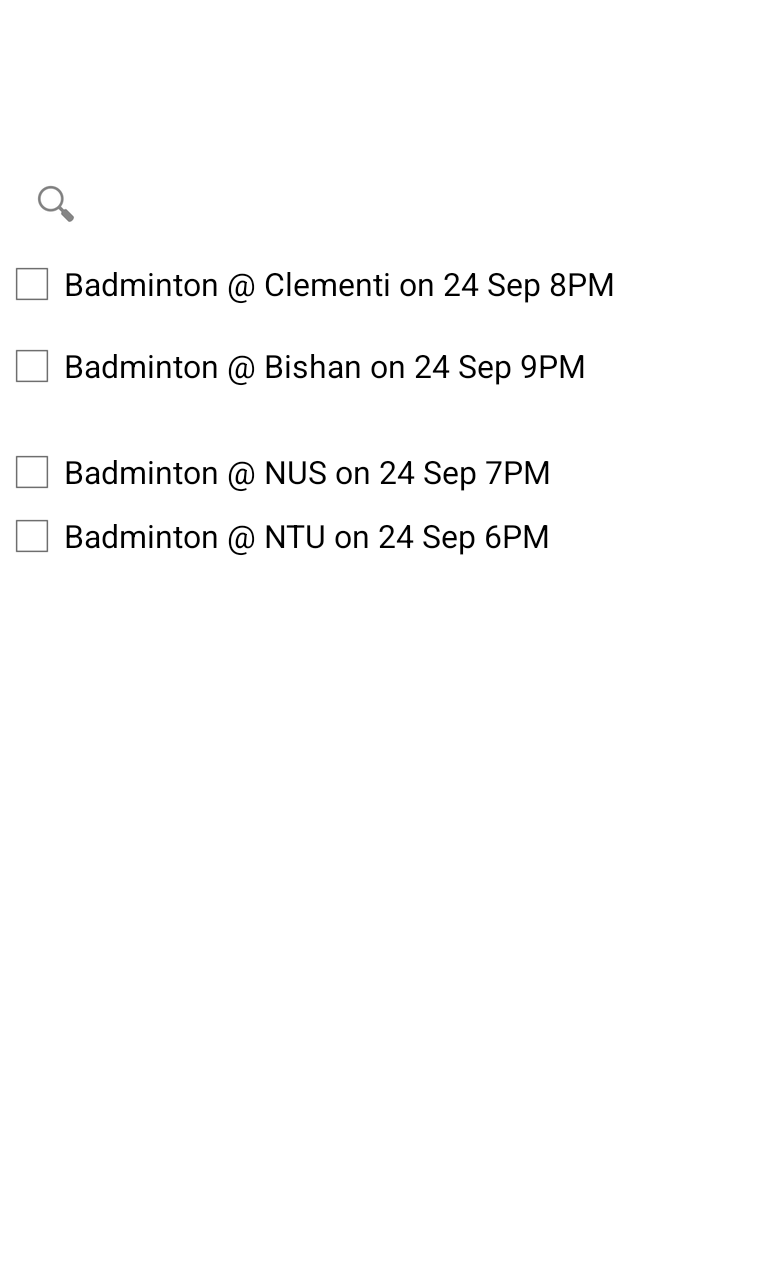
Repository: srikraj8341/srikanthrepo
Layout: android/MyFirstApp/res/layout/activity_games.xml
An editor plug-in stored every save of this project. The layout is shown before and after the next save, followed by the edit.
It is drawn on a 768 x 1280 px phone screen (xhdpi) without system bars, with theme AppTheme; the app's code is not run.

Above is the layout before, as saved 2012-09-23 02:00:58.

### android/MyFirstApp/res/layout/activity_games.xml
<RelativeLayout xmlns:android="http://schemas.android.com/apk/res/android"
    xmlns:tools="http://schemas.android.com/tools"
    android:layout_width="match_parent"
    android:layout_height="match_parent" >

    <SearchView
        android:id="@+id/searchView1"
        android:layout_width="wrap_content"
        android:layout_height="wrap_content"
        android:layout_alignParentTop="true"
        android:layout_marginTop="78dp" >
    </SearchView>

    <TabWidget
        android:id="@android:id/tabs"
        android:layout_width="wrap_content"
        android:layout_height="wrap_content"
        android:layout_below="@+id/searchView1"
        android:layout_marginTop="41dp"
        android:layout_toRightOf="@+id/searchView1" >
    </TabWidget>

    <CheckBox
        android:id="@+id/checkBox1"
        android:layout_width="wrap_content"
        android:layout_height="wrap_content"
        android:layout_below="@+id/searchView1"
        android:text="@string/Badminton1"
        android:onClick="onCheckboxClicked" />

    <CheckBox
        android:id="@+id/checkBox2"
        android:layout_width="wrap_content"
        android:layout_height="wrap_content"
        android:layout_alignParentLeft="true"
        android:layout_below="@android:id/tabs"
        android:text="@string/Badminton2"
        android:onClick="onCheckboxClicked"/>

    <CheckBox
        android:id="@+id/checkBox3"
        android:layout_width="wrap_content"
        android:layout_height="wrap_content"
        android:layout_below="@+id/checkBox2"
        android:layout_marginTop="21dp"
        android:text="@string/Badminton3"
        android:onClick="onCheckboxClicked" />

    <CheckBox
        android:id="@+id/checkBox4"
        android:layout_width="wrap_content"
        android:layout_height="wrap_content"
        android:layout_alignRight="@+id/checkBox3"
        android:layout_below="@+id/checkBox3"
        android:text="@string/Badminton4"
        android:onClick="onCheckboxClicked" />

</RelativeLayout>

### android/MyFirstApp/res/values/strings.xml
<resources>

    <string name="app_name">Play Finder</string>
    <string name="hello_world">Hello world!</string>
    <string name="menu_settings">Settings</string>
    <string name="title_activity_main">Play Finder</string>
    <string name="edit_message">Enter a message</string>
    <string name="button_send">send</string>
    <string name="title_activity_display_message">My Message</string>
    <string name="Email">Email</string>
    <string name="textEmailAddress">user@domain</string>
    <string name="Password">Password</string>
    <string name="Register">Register</string>
    <string name="Submit">Submit</string>
    <string name="Passwordsymbol">........</string>
    <string name="Name">Name</string>
    <string name="Age">Age : dd/mm/yyyy</string>
    <string name="Phone">(555) 1000</string>
    <string name="Male">Male</string>
    <string name="Female">Female</string>
    <string name="Save">Save</string>
    <string name="title_activity_login">Play Finder</string>
    <string name="title_activity_profile">Play Finder</string>
    <string name="title_activity_initiate">Play Finder</string>
    <string name="title_activity_games">Play Finder</string>
    <string name="Activity">Activity e.g Badminton</string>
    <string name="Location">Location e.g MPSH</string>
    <string name="Date">Date,Time</string>
    <string name="Profecieny_prompt">Profeciency</string>
    <string name="InititateNow">Initiate Now!</string>
    <string name="Badminton1">Badminton @ Clementi on 24 Sep 8PM</string>
    <string name="Badminton2">Badminton @ Bishan on 24 Sep 9PM</string>
    <string name="Badminton3">Badminton @ NUS on 24 Sep 7PM</string>
    <string name="Badminton4">Badminton @ NTU on 24 Sep 6PM</string>
    <string name="SubmitGame">Let\'s Play</string>


    <string-array name = "Profeciency_array">
         <item>Profeciency</item>
         <item>Beginner</item>
         <item>Intermediate</item>
         <item>Professional</item>
    </string-array>


</resources>

Loaded but not shown: android/MyFirstApp/res/values-v11/styles.xml (common file); android/MyFirstApp/res/values-v14/styles.xml (common file); android/MyFirstApp/res/values/styles.xml (common file)

After the next save:
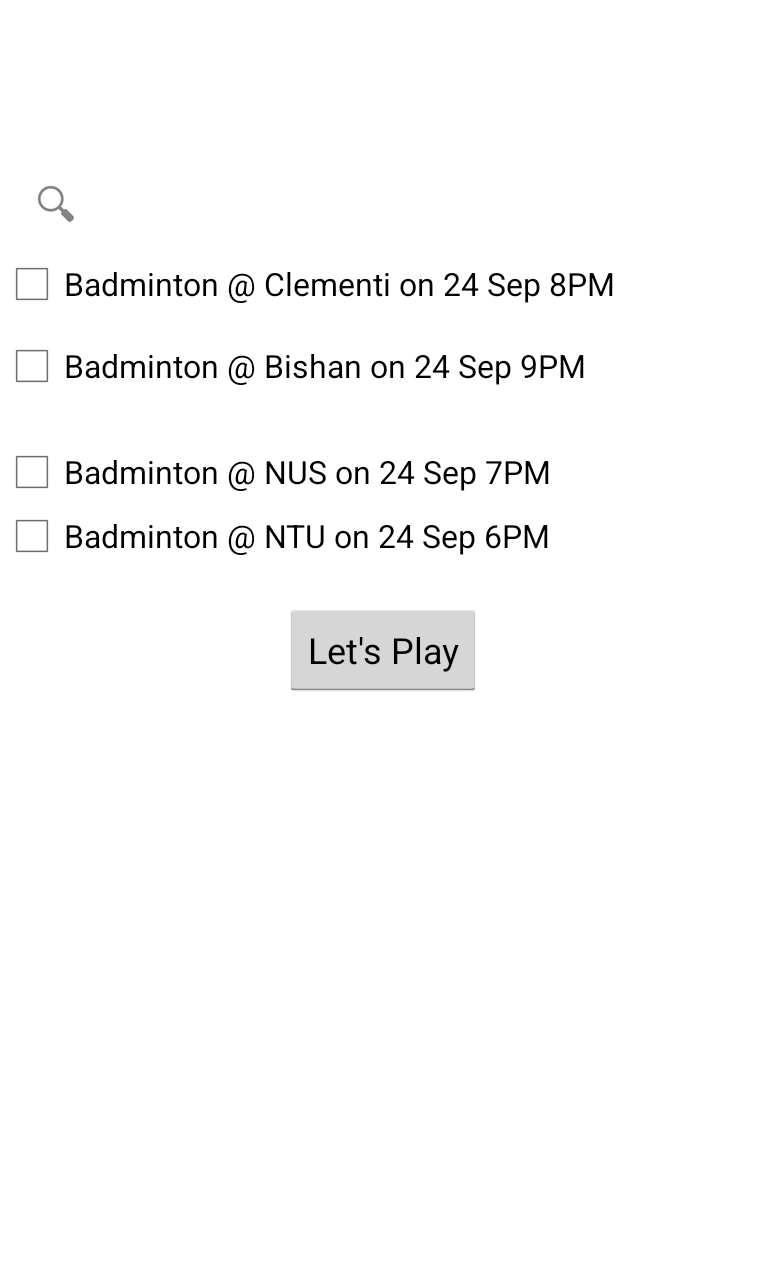
Saved 108 s later.
--- a/android/MyFirstApp/res/layout/activity_games.xml
+++ b/android/MyFirstApp/res/layout/activity_games.xml
@@ -55,4 +55,14 @@
         android:text="@string/Badminton4"
         android:onClick="onCheckboxClicked" />
 
+    <Button
+        android:id="@+id/button1"
+        android:layout_width="wrap_content"
+        android:layout_height="wrap_content"
+        android:layout_alignRight="@+id/checkBox4"
+        android:layout_below="@+id/checkBox4"
+        android:layout_marginRight="34dp"
+        android:layout_marginTop="17dp"
+        android:text="@string/SubmitGame" />
+
 </RelativeLayout>
